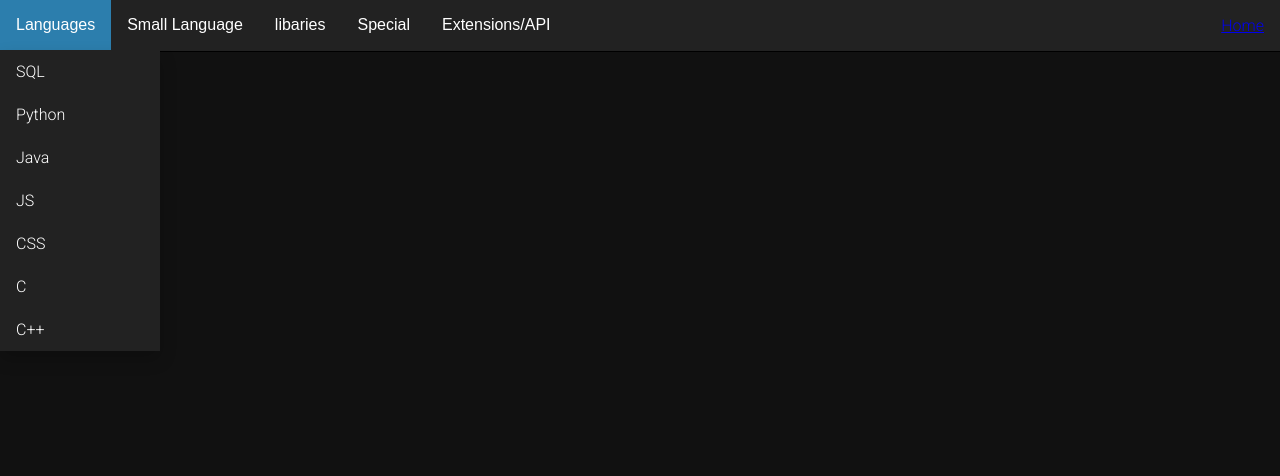
Repository: Max-Rohrhirsch/Max-Rohrhirsch.github.io
Page: header.html
These files come from the project's save history. The page is drawn as it stood at one moment and after the next save; the edit follows.
The browser window is 1280 px wide. The pictures show the whole page.

Above is the page before, as saved 2023-10-23 18:41:49.

After the next save:
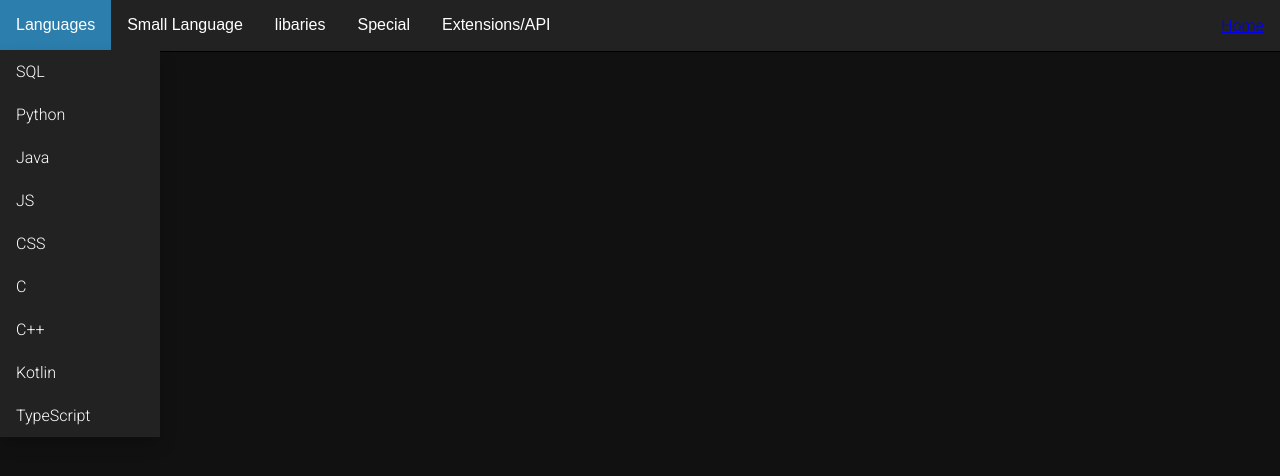
Saved 75 s later.
--- a/header.html
+++ b/header.html
@@ -32,6 +32,8 @@
                     <a href="/documentation/languages/css.html">CSS</a>
                     <a href="/documentation/languages/c.html">C</a>
                     <a href="/documentation/languages/cpp.html">C++</a>
+                    <a href="/documentation/languages/kotlin.html">Kotlin</a>
+                    <a href="/documentation/languages/typescript.html">TypeScript</a>
                 </div>
             </div>
             <div class="dropdown" style="float:left;">
